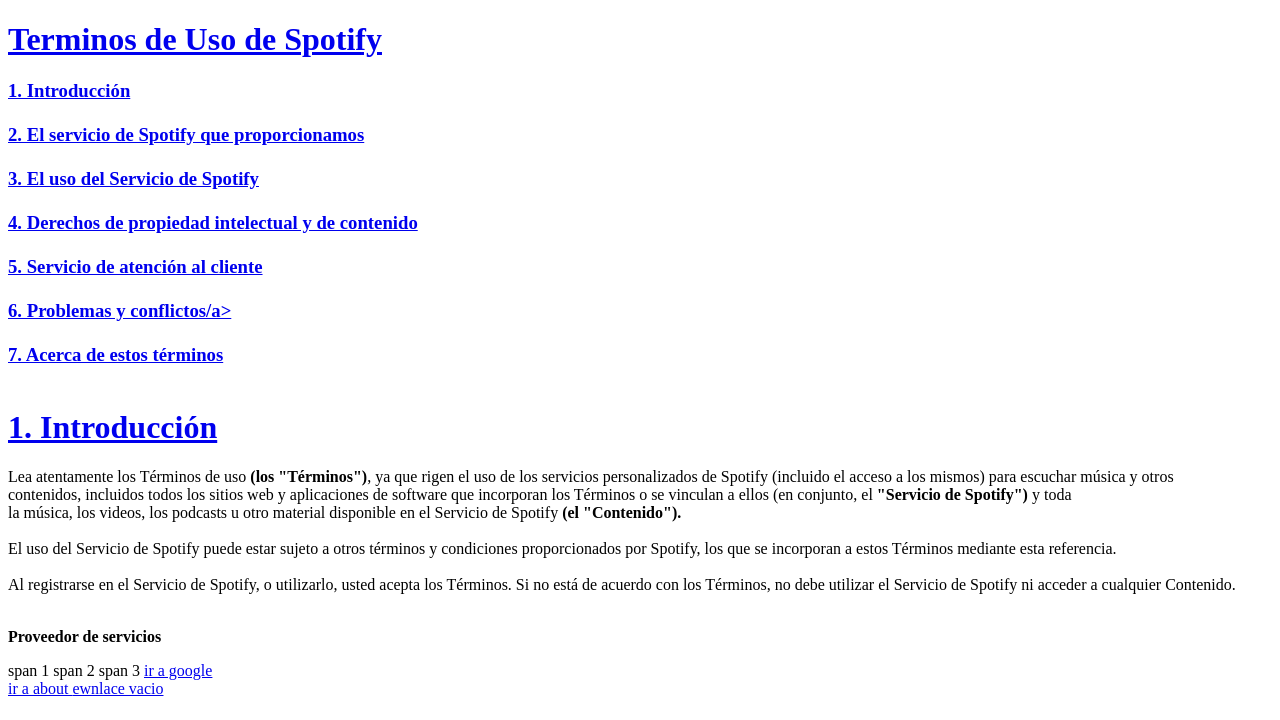
Repository: Devbenitez/Gen_30
Page: Gen_30/maquetado/index.html
An editor plug-in stored every save of this project. The page is shown before and after the next save, followed by the edit.
The browser window is 1280 px wide. The pictures show the whole page.

Above is the page before, as saved 2023-10-31 04:14:41.

After the next save:
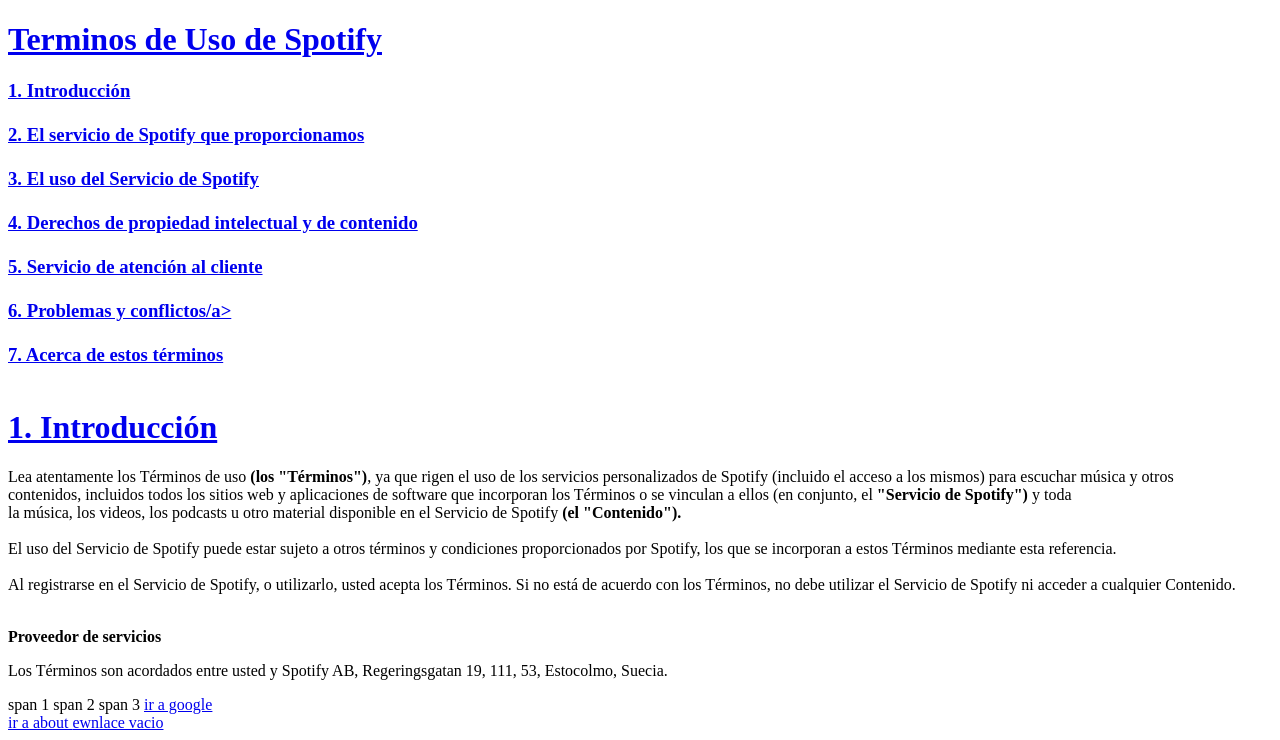
Saved 53 s later.
--- a/Gen_30/maquetado/index.html
+++ b/Gen_30/maquetado/index.html
@@ -56,6 +56,7 @@
           <br /><br />
       </p>
       <p><b>Proveedor de servicios</b></p>
+      <p>Los Términos son acordados entre usted y Spotify AB, Regeringsgatan 19, 111, 53, Estocolmo, Suecia.</p>
       <!-- spans -->
       <span> span 1 </span>
       <span> span 2 </span>
